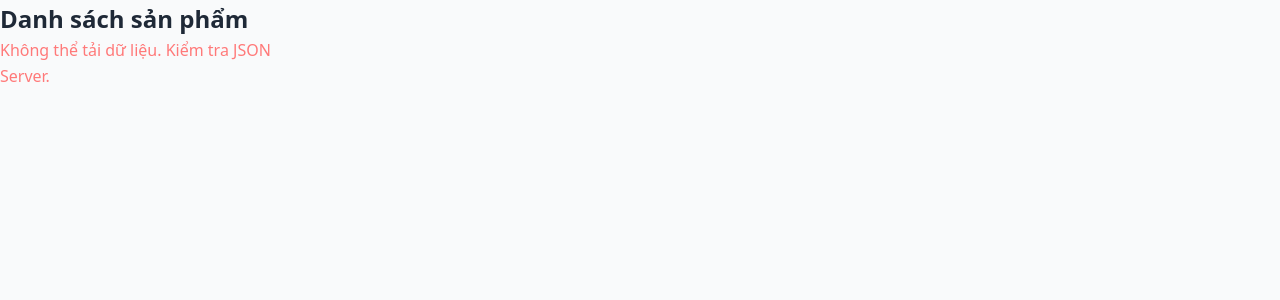
Repository: binhphanbp/WEB2064_JavaScript-Advanced_WD20305
Page: lesson/lesson6/project-cuongle/products.html
The author's editor kept a copy of each file at every save. The page is drawn from the files as they stood at one save, then again after the next save.
The browser window is 1280 px wide. The pictures show the whole page.
The page's requests for data from a server got no answer.

Above is the page before, as saved 2025-09-29 15:06:02.

After the next save:
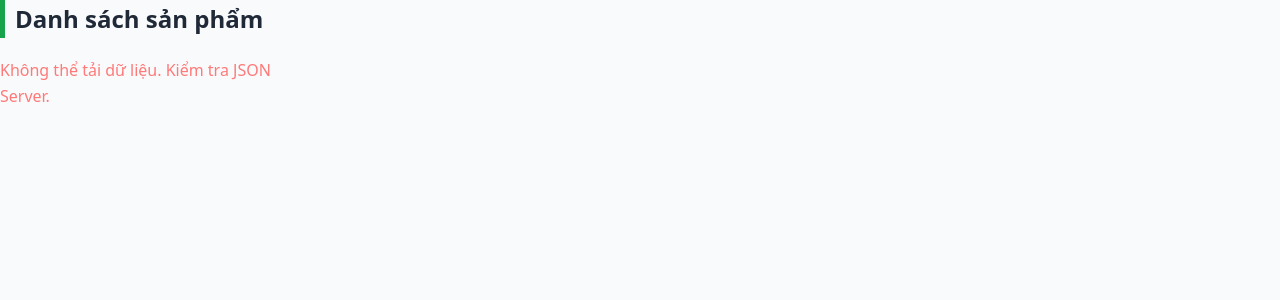
Saved 4 s later.
--- a/lesson/lesson6/project-cuongle/products.html
+++ b/lesson/lesson6/project-cuongle/products.html
@@ -7,7 +7,7 @@
     <link rel="stylesheet" href="style.css" />
   </head>
   <body>
-    <h2>Danh sách sản phẩm</h2>
+    <h2 class="section-title">Danh sách sản phẩm</h2>
     <section id="all-products" class="grid grid-4"></section>
 
     <script src="main.js" type="module"></script>
